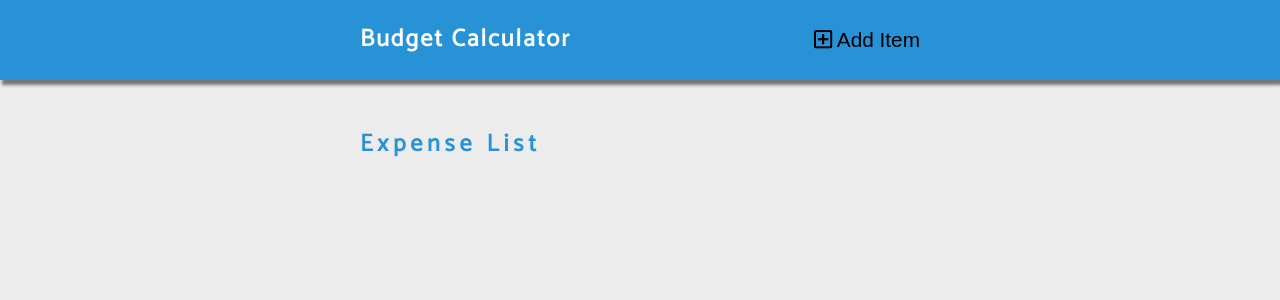
Repository: webdril/budget
Page: /
The author's editor kept a copy of each file at every save. The page is drawn from the files as they stood at one save, then again after the next save.
The browser window is 1280 px wide. The pictures show the whole page.
The project was rebuilt for these pictures with package versions that can differ from the ones it lists, and the page was loaded fresh each time. Also part of the build but not shown: src/Expense.svelte.

Above is the page before, as saved 2020-03-02 00:57:44.

### public/index.html
<!DOCTYPE html>
<html lang="en">
<head>
	<meta charset='utf-8'>
	<meta name='viewport' content='width=device-width,initial-scale=1'>

	<title>Budget Calculator</title>

	<link rel='icon' type='image/png' href='/favicon.png'>
	<link rel='stylesheet' href='/global.css'>
	<link rel='stylesheet' href='/build/bundle.css'>
	<!-- Font Awesome -->
	<link rel="stylesheet" href="fontawesome-free-5.11.2-web/css/all.min.css">

	<script defer src='/build/bundle.js'></script>
</head>

<body>
</body>
</html>

### src/App.svelte
<script>
// components
import Navbar from './Navbar.svelte'
import ExpensesList from './ExpensesList.svelte'

// Data
import expensesData from './expenses';

// variables
let expenses = [...expensesData];
</script>

<!-- CSS/STYLING -->

<Navbar />
<main class="content">
	<ExpensesList />
</main>

### src/Navbar.svelte
<nav class="nav">
	<div class="nav-center">
		<h1 class="nav-title">Budget Calculator</h1>
		<button type="button" class="nav-btn">
			<i class="far fa-plus-square" />
			Add Item
		</button>
	</div>
</nav>

### src/ExpensesList.svelte
<script>
import SectionTitle from './Title.svelte';
import Expense from './Expense.svelte';
export let expenses = [];
</script>

<section>
    <SectionTitle title= 'expense list' />
    <ul>
        {#each expenses as expense}
            <Expense />
        {/each}
    </ul>
</section>

### src/Title.svelte
<script>
export let title = "default title";

</script>


<div class="main-title">
 <h2>{title}</h2>
</div>

### public/global.css
/*
======
Fonts
======
*/
@import url("https://fonts.googleapis.com/css?family=Catamaran:300,400&display=swap");
/*
======
Variables
======
*/
:root {
  --primaryColor: #2892d7;
  --mainWhite: #fff;
  --offWhite: #f7f7f7;
  --mainBlack: #222;
  --mainGrey: #ececec;
  --darkGrey: #afafaf;
  --mainTransition: all 0.3s linear;
  --mainSpacing: 0.3rem;
  --lightShadow: 2px 5px 3px 0px rgba(0, 0, 0, 0.5);
  --darkShadow: 4px 10px 5px 0px rgba(0, 0, 0, 0.5);
  --mainBorderRadius: 0.25rem;
}
/*
======
Global Styles
======
*/
* {
  margin: 0;
  padding: 0;
  box-sizing: border-box;
}

body {
  font-family: "Catamaran", sans-serif;
  color: var(--mainBlack);
  background: var(--mainGrey);
  line-height: 1.4;
  font-size: 1rem;
  font-weight: 300;
}
h1,
h2,
h3,
h4,
h5,
h6 {
  font-family: "Catamaran", sans-serif;
  margin-bottom: 1.25rem;
  letter-spacing: var(--mainSpacing);
}
p {
  margin-bottom: 1.25rem;
}
ul {
  list-style-type: none;
}
a {
  text-decoration: none;
  color: var(--mainBlack);
}
/*
======
Buttons
======
*/
.btn,
.btn-white,
.btn-primary {
  text-transform: uppercase;
  letter-spacing: var(--mainSpacing);
  color: var(--primaryColor);
  border: 2px solid var(--primaryColor);
  padding: 0.45rem 0.8rem;
  display: inline-block;
  transition: var(--mainTransition);
  cursor: pointer;
  font-size: 0.8rem;
  border-radius: var(--mainBorderRadius);
  background: transparent;
}
.btn:hover {
  background: var(--primaryColor);
  color: var(--mainWhite);
}
.btn-white {
  background: transparent;
  color: var(--primaryColor);
  border-color: var(--primaryColor);
}
.btn-white:hover {
  background: var(--mainWhite);
  color: var(--primaryColor);
}
.btn-primary {
  background: var(--primaryColor);
  color: var(--mainWhite);
  border-color: var(--primaryColor);
}
.btn-primary:hover {
  background: transparent;
  color: var(--primaryColor);
}
.btn-block {
  width: 100%;
  display: block;
  margin: 0 auto;
  box-shadow: var(--lightShadow);
}
.disabled {
  color: var(--darkGrey);
  border-color: var(--darkGrey);
}
.disabled:hover {
  background: transparent;
  color: var(--darkGrey);
  border-color: var(--darkGrey);
}
/*
======
Navbar
======
*/
.nav {
  background: var(--primaryColor);
  height: 5rem;
  display: flex;
  align-items: center;
  box-shadow: var(--lightShadow);
}

.nav-center {
  width: 85%;
  max-width: 35rem;
  margin: 0 auto;
  display: flex;
  justify-content: space-between;
}
.nav-title {
  text-transform: capitalize;
  color: var(--mainWhite);
  margin-bottom: 0;
  letter-spacing: 2px;
}
.nav-btn {
  background: transparent;
  font-size: 1.3rem;
  border: none;
  cursor: pointer;
  text-transform: capitalize;
  transition: var(--mainTransition);
}
.nav-btn:hover {
  color: var(--darkGrey);
}
/*
======
Content
======
*/
.content {
  padding: 3rem 0;
  width: 85vw;
  max-width: 35rem;
  margin: 0 auto;
}

/*
======
Main Title
======
*/
.main-title {
  text-transform: capitalize;
  color: var(--primaryColor);
  margin-bottom: 2rem;
}
/*
======
Single Expense
======
*/
.single-expense {
  display: flex;
  justify-content: space-between;
  text-transform: capitalize;
  align-items: center;
  margin-bottom: 2rem;
  padding: 1.3rem 1rem;
  border-radius: var(--mainBorderRadius);
  background: var(--mainWhite);
  box-shadow: var(--lightShadow);
}
.single-expense h2 {
  margin-bottom: 0;
  font-weight: 300;
}
.single-expense h4 {
  margin-bottom: 0;
  margin-top: 1rem;
  font-weight: 300;
  color: var(--primaryColor);
}

.expense-btn {
  font-size: 1rem;
  background: transparent;
  border: none;
  margin: 0 0.4rem;
  transition: var(--mainTransition);
  cursor: pointer;
}
.expense-btn:hover {
  transform: scale(1.2);
}
.amount-btn {
  font-size: 1.3rem;
  background: transparent;
  border: none;
  cursor: pointer;
  color: var(--primaryColor);
}
.delete-btn {
  color: red;
}
.edit-btn {
  color: green;
}
/*
======
Expense Form
======
*/

.expense-form {
  background: var(--mainWhite);
  padding: 1.25rem 1rem;
  text-transform: capitalize;
  border-radius: var(--mainBorderRadius);
  box-shadow: var(--lightShadow);
}

.form-control label {
  display: block;
}
.form-control input {
  width: 100%;
  border: none;
  border-bottom: 2px solid var(--darkGrey);
  margin-bottom: 1.25rem;
  padding: 0.5rem;
  font-size: 1.2rem;
}
.form-empty {
  text-align: center;
  color: red;
}
.form {
  position: relative;
  margin-bottom: 5rem;
}
.close-btn {
  position: absolute;
  top: 0;
  right: 0;
  font-size: 1.2rem;
  text-transform: capitalize;
  display: flex;
  align-items: center;
  width: 4.2rem;
  justify-content: space-between;
  background: transparent;
  border: none;
  color: red;
  cursor: pointer;
}
/*
======
Modal
======
*/
.modal-container {
  position: fixed;
  top: 0;
  left: 0;
  right: 0;
  bottom: 0;
  background: rgba(0, 0, 0, 0.7);
  z-index: 2;
}
.modal-content {
  background: var(--mainWhite);
  width: 85vw;
  max-width: 35rem;
  margin: 0 auto;
  margin-top: 5rem;
  padding: 3rem;
  border-radius: var(--mainBorderRadius);
  position: relative;
}
.modal-content .expense-form {
  box-shadow: none;
}
.modal-container .form {
  margin-bottom: 0;
}
.modal-container .expense-form {
  padding: 1.25rem 0;
}
.modal-container .form {
  position: static;
}
.modal-container .close-btn {
  top: 2%;
  right: 3%;
}
/*
======
Github Users
======
*/

.user {
  margin: 2rem 0;
  box-shadow: var(--lightShadow);
  display: grid;
  grid-template-columns: auto 1fr;
  border-radius: var(--mainBorderRadius);
  grid-column-gap: 2rem;
  background: var(--mainWhite);
}
.user img {
  width: 6rem;
  border-top-left-radius: var(--mainBorderRadius);
  border-bottom-left-radius: var(--mainBorderRadius);
}
.user-info {
  padding-top: 0.75rem;
}
.user-info h3 {
  margin-bottom: 0.75rem;
}

Loaded but not shown: src/main.js (common file); src/expenses.js (common file); public/fontawesome-free-5.11.2-web/css/all.min.css (library)

After the next save:
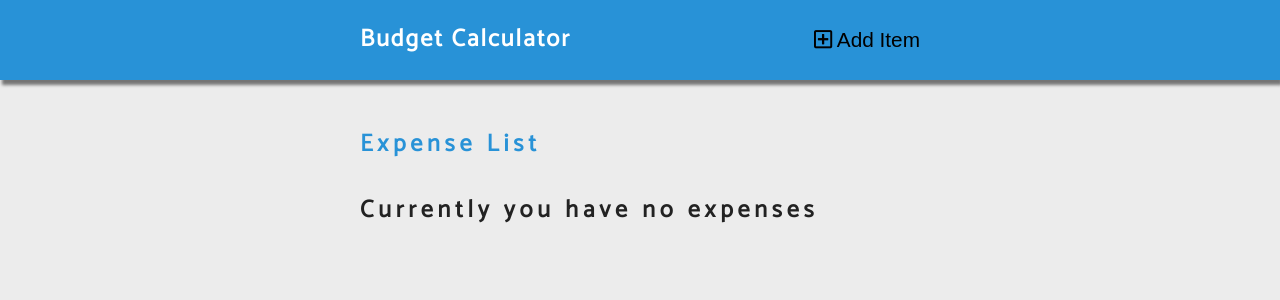
Saved 47 s later.
--- a/src/ExpensesList.svelte
+++ b/src/ExpensesList.svelte
@@ -9,6 +9,8 @@ export let expenses = [];
     <ul>
         {#each expenses as expense}
             <Expense />
+            {:else}
+            <h2>Currently you have no expenses</h2>
         {/each}
     </ul>
 </section>
